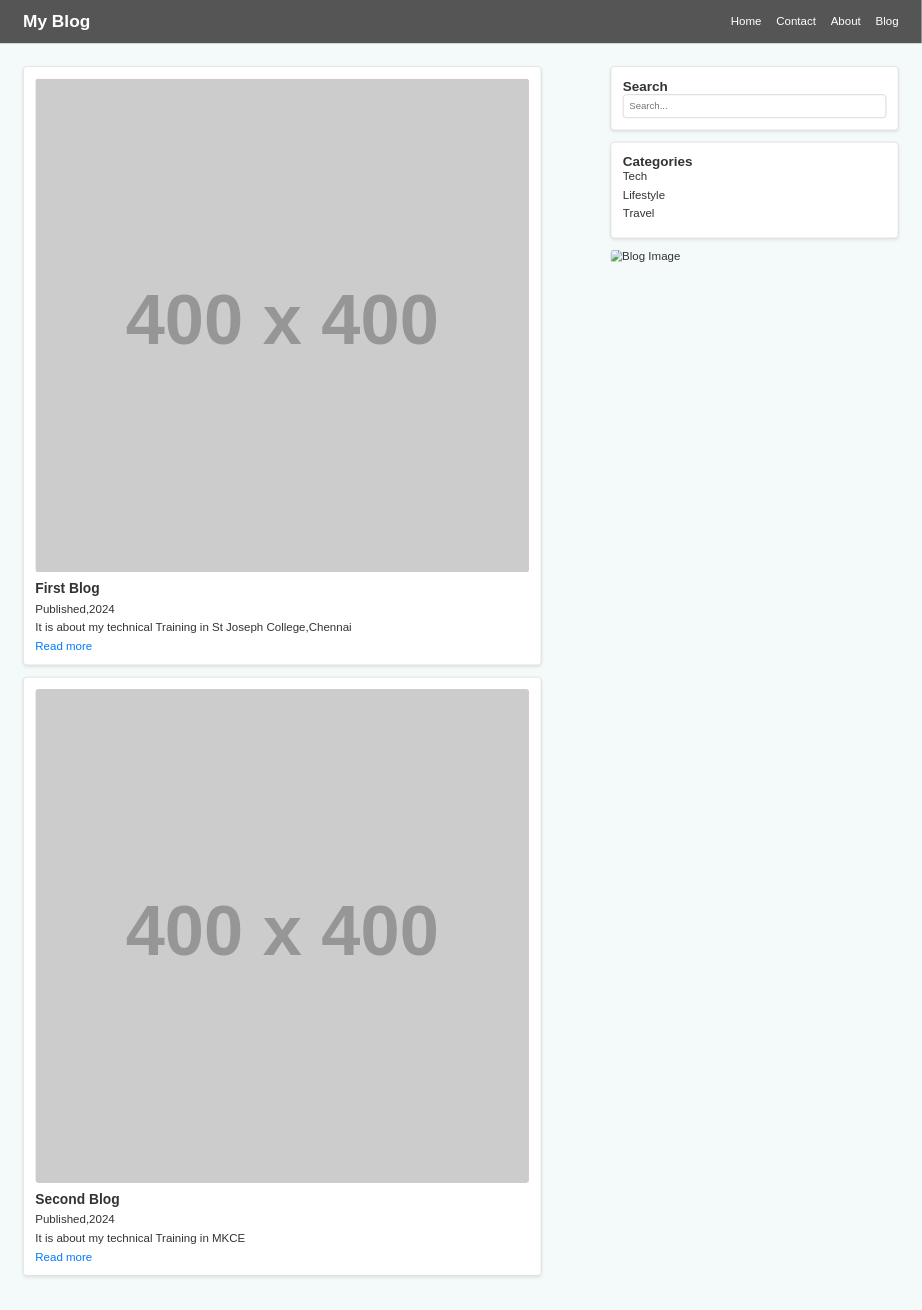
Repository: obusakthi539/Loginform
Page: Myblog.html
These files come from the project's save history. The page is drawn as it stood at one moment and after the next save; the edit follows.
The browser window is 1280 px wide. The pictures show the whole page, at 72% of full size.

Above is the page before, as saved 2025-01-12 16:55:17.

### Myblog.html
<!DOCTYPE html>
<html lang="en">
<head>
    <meta charset="UTF-8">
    <meta name="viewport" content="width=device-width, initial-scale=1.0">
    <title>My Blog</title>
    <style>
        * {
            margin: 0;
            padding: 0;
            box-sizing: border-box;
            font-family: Arial, sans-serif;
        }

        body {
            background-color: #f4f9f9;
            color: #333;
        }

        header {
            background-color: #555;
            color: #fff;
            padding: 1rem 2rem;
            display: flex;
            justify-content: space-between;
            align-items: center;
        }

        header h1 {
            font-size: 1.5rem;
        }

        nav a {
            color: #fff;
            text-decoration: none;
            margin-left: 1rem;
        }

        nav a:hover {
            text-decoration: underline;
        }

        .container {
            display: flex;
            padding: 2rem;
        }

        .left-section {
            flex: 2;
            padding-right: 1rem;
        }

        .right-section {
            flex: 1;
        }

        .blog-card {
            background-color: #fff;
            border: 1px solid #ddd;
            border-radius: 5px;
            padding: 1rem;
            margin-bottom: 1rem;
            box-shadow: 0 2px 5px rgba(0, 0, 0, 0.1);
            transition: transform 0.3s, box-shadow 0.3s;
            width: 90%; /* Adjusted width */
        }

        .blog-card:hover {
            transform: translateY(-5px);
            box-shadow: 0 5px 15px rgba(0, 0, 0, 0.2);
        }

        .blog-card h2 {
            font-size: 1.2rem;
            margin-bottom: 0.5rem;
        }

        .blog-card p {
            margin-bottom: 0.5rem;
        }

        .blog-card a {
            color: #007bff;
            text-decoration: none;
        }

        .blog-card a:hover {
            text-decoration: underline;
        }

        .blog-image {
            width: 100%;
            border-radius: 5px;
            margin-bottom: 0.5rem;
        }

        .search-box, .categories {
            background-color: #fff;
            border: 1px solid #ddd;
            border-radius: 5px;
            padding: 1rem;
            margin-bottom: 1rem;
            box-shadow: 0 2px 5px rgba(0, 0, 0, 0.1);
            transition: transform 0.3s, box-shadow 0.3s;
        }

        .search-box:hover, .categories:hover {
            transform: translateY(-5px);
            box-shadow: 0 5px 15px rgba(0, 0, 0, 0.2);
        }

        .search-box input {
            width: 100%;
            padding: 0.5rem;
            border: 1px solid #ccc;
            border-radius: 5px;
        }

        .categories ul {
            list-style: none;
        }

        .categories ul li {
            margin-bottom: 0.5rem;
        }

        .categories ul li a {
            color: #333;
            text-decoration: none;
        }

        .categories ul li a:hover {
            text-decoration: underline;
        }

        .image-section {
            margin-top: 1rem;
        }

        .image-section img {
            width: 100%;
            border-radius: 5px;
        }

    </style>
</head>
<body>
    <header>
        <h1>My Blog</h1>
        <nav>
            <a href="#">Home</a>
            <a href="#">Contact</a>
            <a href="#">About</a>
            <a href="#">Blog</a>
        </nav>
    </header>

    <div class="container">
        <!-- Left Section -->
        <div class="left-section">
            <div class="blog-card">
                <img class="blog-image" src="https://via.placeholder.com/400" alt="First Blog Image">
                <h2>First Blog</h2>
                <p>Published,2024</p>
                <p>It is about my technical Training in St Joseph College,Chennai</p>
                <a href="#">Read more</a>
            </div>

            <div class="blog-card">
                <img class="blog-image" src="https://via.placeholder.com/400" alt="Second Blog Image">
                <h2>Second Blog</h2>
                <p>Published,2024</p>
                <p>It is about my technical Training in MKCE</p>
                <a href="#">Read more</a>
            </div>
        </div>

        <!-- Right Section -->
        <div class="right-section">
            <div class="search-box">
                <h3>Search</h3>
                <input type="text" placeholder="Search...">
            </div>

            <div class="categories">
                <h3>Categories</h3>
                <ul>
                    <li><a href="#">Tech</a></li>
                    <li><a href="#">Lifestyle</a></li>
                    <li><a href="#">Travel</a></li>
                </ul>
            </div>

            <div class="image-section">
                <img src="" alt="Blog Image">
            </div>
        </div>
    </div>
</body>
</html>

After the next save:
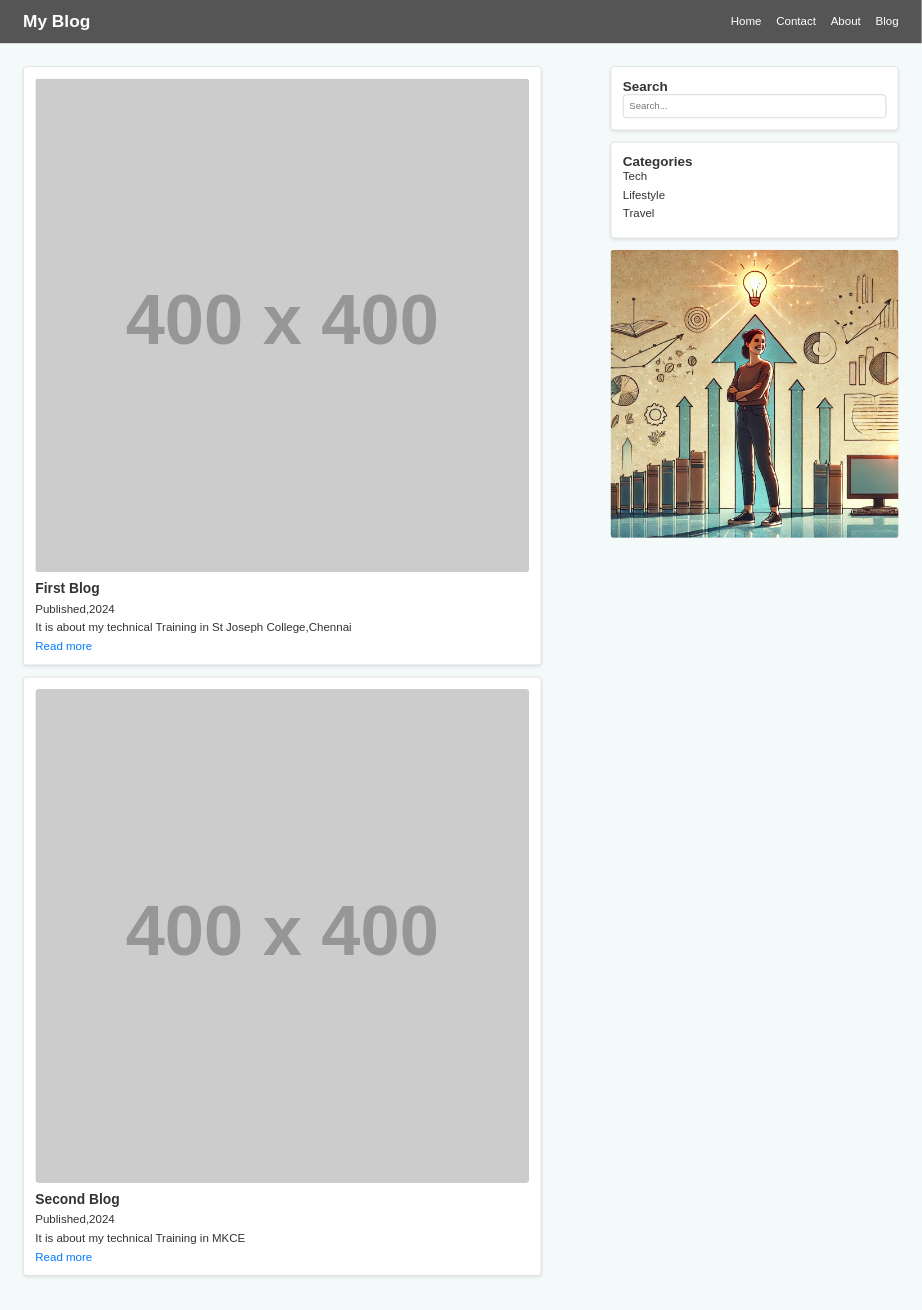
Saved 12 s later.
--- a/Myblog.html
+++ b/Myblog.html
@@ -192,7 +192,7 @@
             </div>
 
             <div class="image-section">
-                <img src="" alt="Blog Image">
+                <img src="person.webp" alt="Blog Image">
             </div>
         </div>
     </div>
